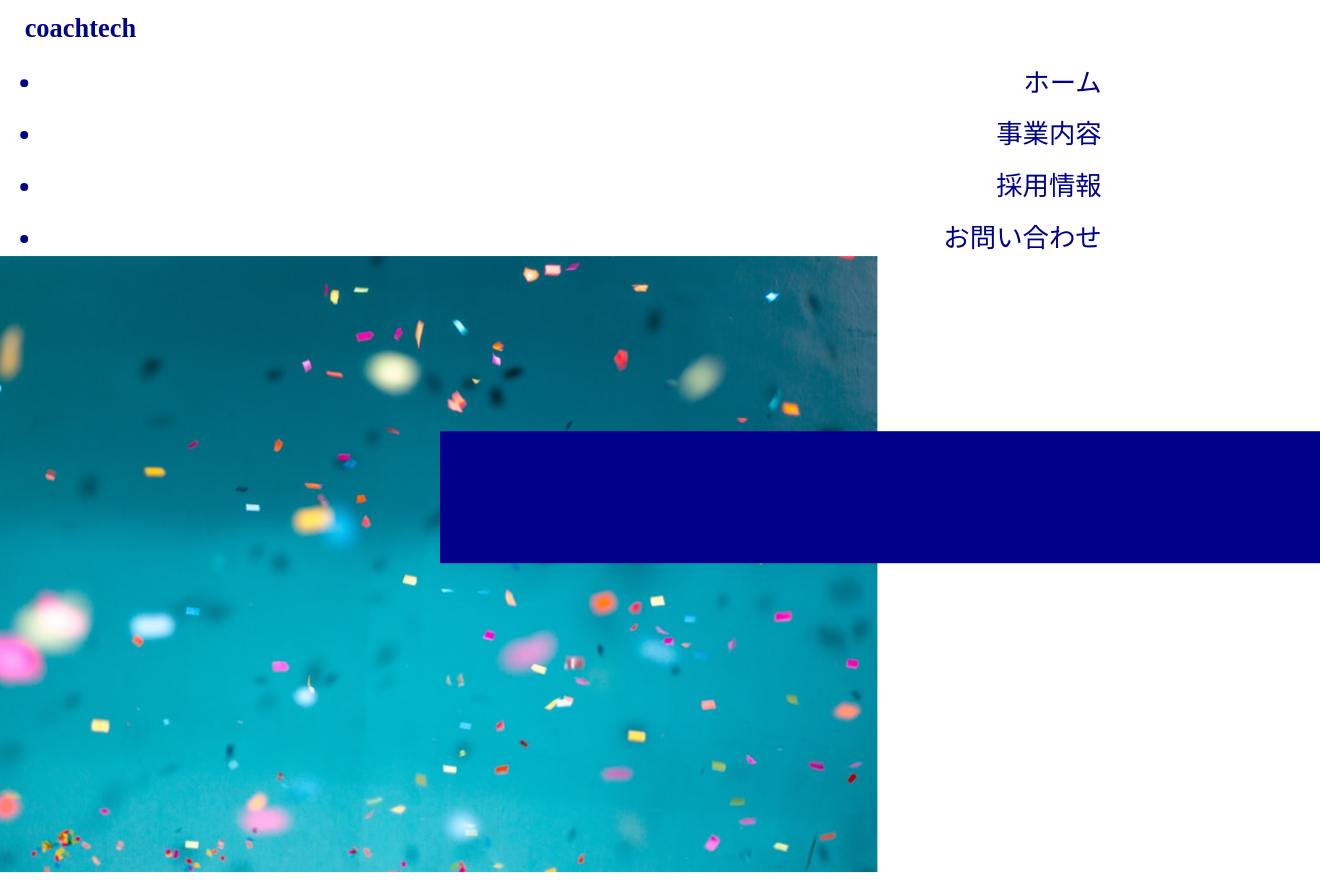
Repository: moro-ayu3/20230213_morohoshi
Page: index.html
The author's editor kept a copy of each file at every save. The page is drawn from the files as they stood at one save, then again after the next save.
The browser window is 1280 px wide. The page is 1500 px wide, so the pictures cover 1500 px, including what lies to the right of the window. The pictures show the whole page, at 88% of full size.

Above is the page before, as saved 2023-02-13 14:20:24.

### index.html
<!DOCTYPE html>
<html lang="ja">

  <head>
    <meta charset="UTF-8" />
    <meta name="viewport" content="width=device-width, initial-scale=1.0" />
    <title>css演習問題</title>
    <link rel="stylesheet" href="./style.css">
  </head>

  <body>
   <header>
    <h1>coachtech</h1>
    <ul>
    <li>ホーム</li>
    <li>事業内容</li>
    <li>採用情報</li>
    <li>お問い合わせ</li>
   </ul>
   </header>
   <main>
    <div class="flex">
     <p>毎日を笑顔に</p>
     <div class="relative img">
      <img src="img/firstview.jpeg" alt="firstview">
     </div>
     <div class="absolute blue-box"></div>
    </div>
   </main>
  </body>

</html>

### style.css
h1 {
  color: #00008b;
  font-size: 30px;
  margin-top: 15px;
  margin-left: 20px;
}
li {
  color: #00008b;
  font-size: 30px;
  margin-top: 15px;
  margin-right: 20px;
  text-align: right;
}
.flex {
  display: flex;
  flex-direction: row;
}

}
p {
  color: black;
  font-size: 50px;
}
.absolute  {
  position: absolute;
  bottom: 80px;
  left: 500px;
}
.img {
  width: 100%;
  position: right;
}
.relative {
  position: relative;
  bottom: 15px;
  right: 150px;
}
.blue-box {
  width: 1000px;
  height: 150px;
  background-color: #00008b;
}

After the next save:
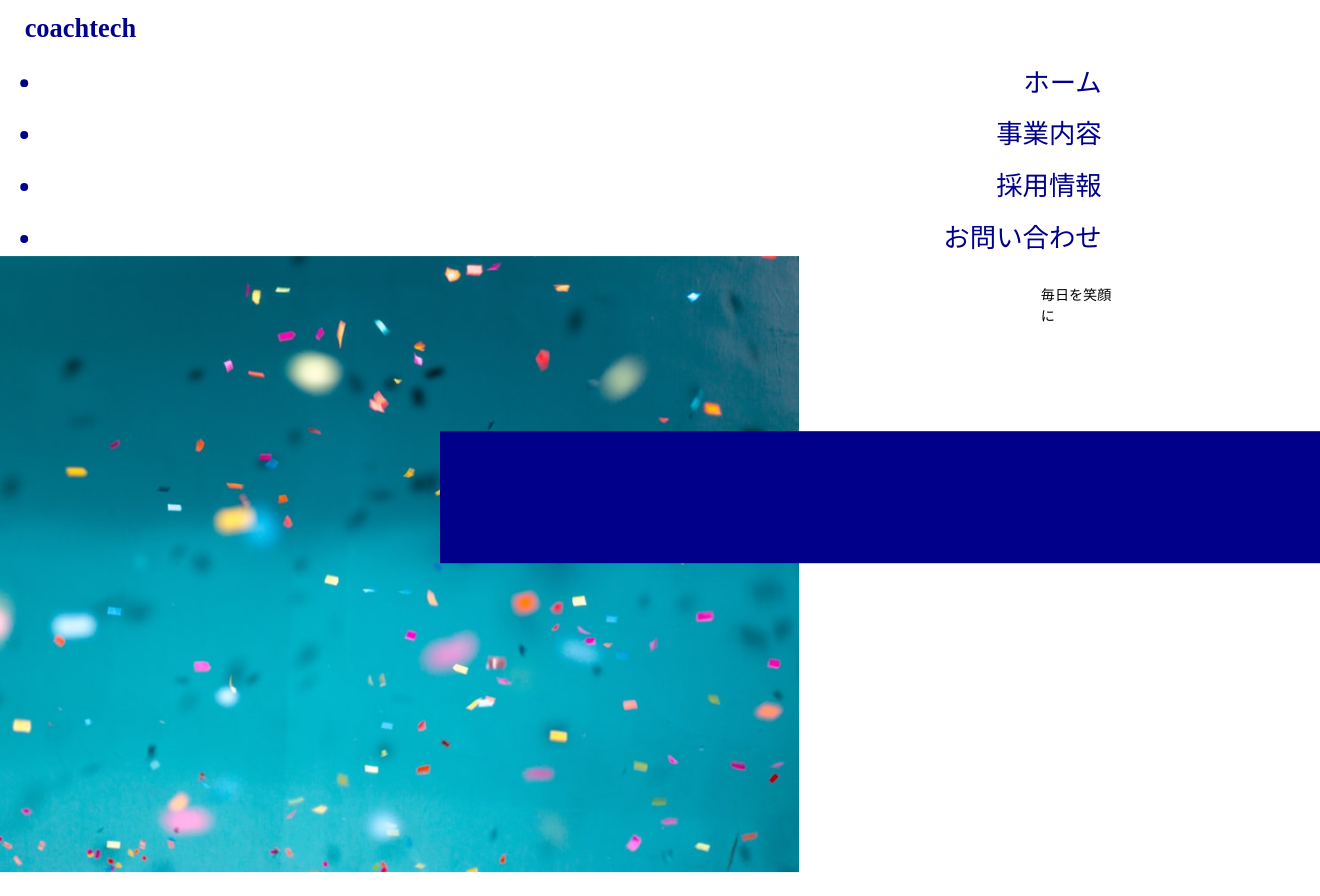
Saved 5 s later.
--- a/style.css
+++ b/style.css
@@ -13,7 +13,7 @@ li {
 }
 .flex {
   display: flex;
-  flex-direction: row;
+  flex-direction: row-reverse;
 }
 
 }
